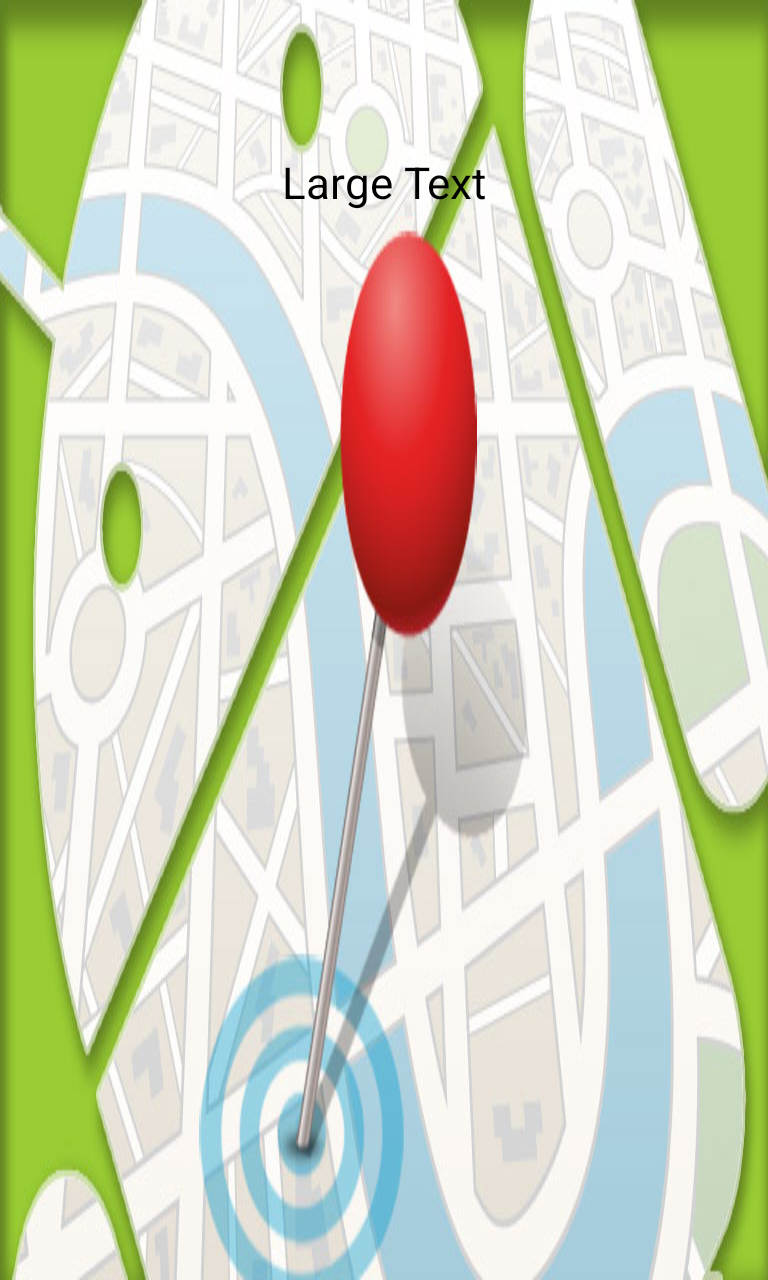
Repository: AGNT/Mobile_application_SU13
Layout: android/Locate/res/layout/activity_points.xml
The author's editor kept a copy of each file at every save. The layout is drawn from the files as they stood at one save, then again after the next save.
It is drawn on a 768 x 1280 px phone screen (xhdpi) without system bars, with theme AppTheme; the app's code is not run.

Above is the layout before, as saved 2013-08-06 14:55:27.

### android/Locate/res/layout/activity_points.xml
<RelativeLayout xmlns:android="http://schemas.android.com/apk/res/android"
    xmlns:tools="http://schemas.android.com/tools"
    android:layout_width="match_parent"
    android:layout_height="match_parent"
    android:paddingBottom="@dimen/activity_vertical_margin"
    android:paddingLeft="@dimen/activity_horizontal_margin"
    android:paddingRight="@dimen/activity_horizontal_margin"
    android:paddingTop="@dimen/activity_vertical_margin"
    tools:context=".Points"
    android:background="@drawable/splash" >

    <TextView
        android:id="@+id/textView1"
        android:layout_width="wrap_content"
        android:layout_height="wrap_content"
        android:layout_alignParentLeft="true"
        android:layout_alignParentRight="true"
        android:layout_alignParentTop="true"
        android:layout_marginTop="60dp"
        android:text="Large Text"
        android:gravity="center"
        android:textAppearance="?android:attr/textAppearanceLarge" />

</RelativeLayout>

Loaded but not shown: android/Locate/res/values/styles.xml (common file); android/Locate/res/values-v11/styles.xml (common file); android/Locate/res/values-v14/styles.xml (common file); android/Locate/res/values/dimens.xml (common file)

After the next save:
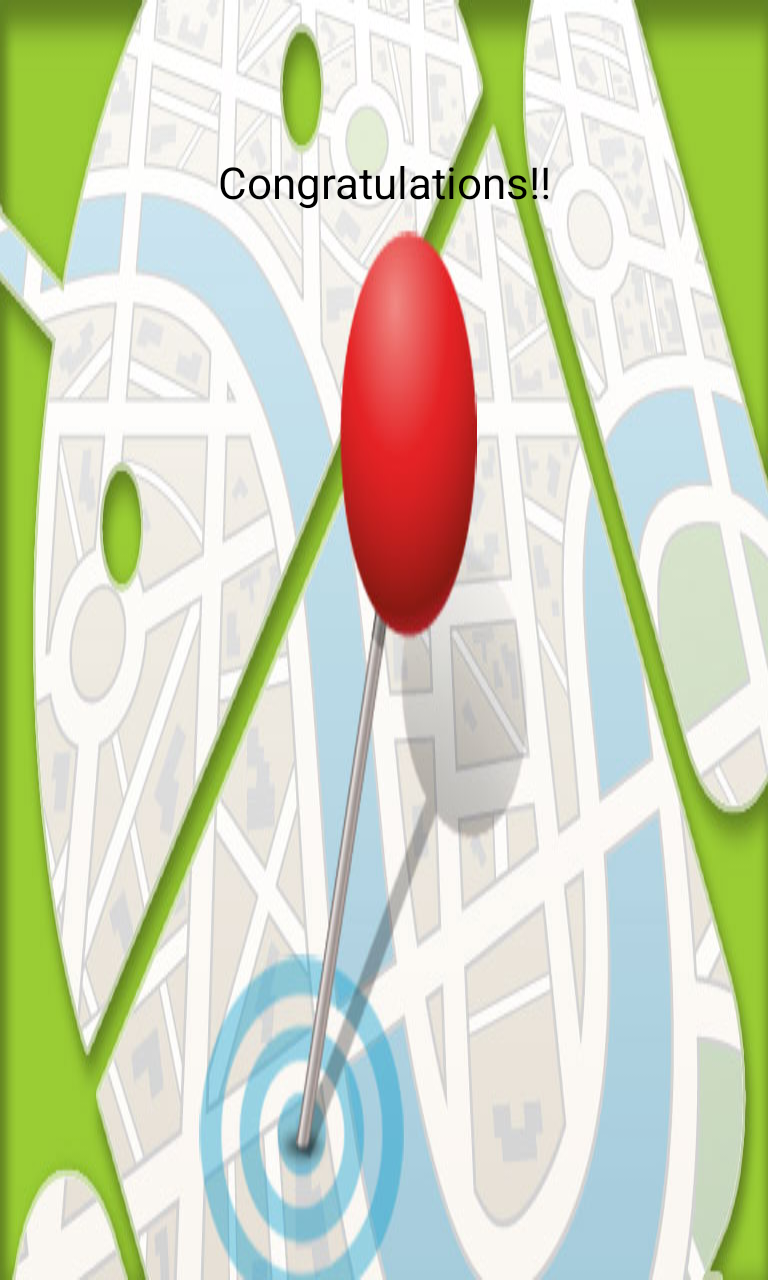
Saved 9 s later.
--- a/android/Locate/res/layout/activity_points.xml
+++ b/android/Locate/res/layout/activity_points.xml
@@ -17,7 +17,7 @@
         android:layout_alignParentRight="true"
         android:layout_alignParentTop="true"
         android:layout_marginTop="60dp"
-        android:text="Large Text"
+        android:text="Congratulations!!"
         android:gravity="center"
         android:textAppearance="?android:attr/textAppearanceLarge" />
 
